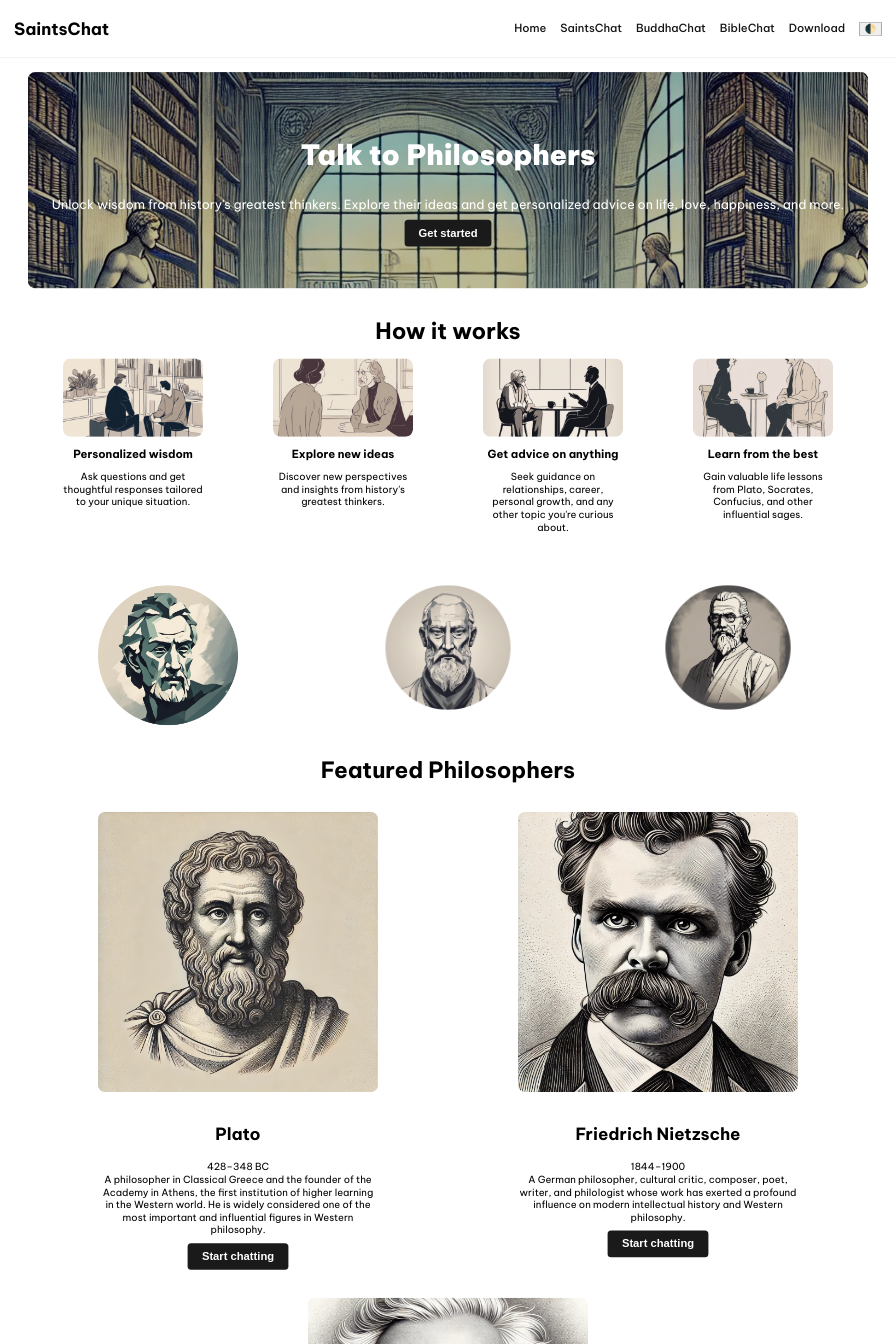
Repository: HSfac/EthosMindWeb
Page: /saintschat
These files come from the project's save history. The page is drawn as it stood at one moment and after the next save; the edit follows.
The browser window is 1280 px wide. The pictures show the part of the page from y = 0 to 1920 px (the page is 2570 px tall), at 70% of full size.
The project was rebuilt for these pictures with package versions that can differ from the ones it lists, and the page was loaded fresh each time. Also part of the build but not shown: src/pages/Home.jsx.

Above is the page before, as saved 2024-07-18 16:57:18.

### src/index.css
@import url('https://fonts.googleapis.com/css2?display=swap&family=Be+Vietnam+Pro:wght@400;500;700;900&family=Noto+Sans:wght@400;500;700;900');

body {
  font-family: "Be Vietnam Pro", "Noto Sans", sans-serif;
  margin: 0;
  padding: 0;
  box-sizing: border-box;
}

### src/App.jsx
import React from 'react';
import { BrowserRouter as Router, Route, Routes } from 'react-router-dom';
import Home from './pages/Home.jsx';
import SaintsChat from './pages/SaintsChat.jsx';
import Header from './components/Header.jsx';

function App() {
  return (
    <Router>
      <Header />
      <Routes>
        <Route path="/" element={<Home />} />
        <Route path="/saintschat" element={<SaintsChat />} />
      </Routes>
    </Router>
  );
}

export default App;

### src/pages/SaintsChat.jsx
import React from 'react';
import './SaintsChat.css';
import heroImage from '../assets/images/hero-image.png';
import philosopher1 from '../assets/images/philosopher1.png';
import philosopher2 from '../assets/images/philosopher2.png';
import philosopher3 from '../assets/images/philosopher3.png';
import philosopher4 from '../assets/images/philosopher4.png';
import philosopher5 from '../assets/images/philosopher5.png';
import philosopher6 from '../assets/images/philosopher6.png';
import philosopher7 from '../assets/images/philosopher7.png';
import plato from '../assets/images/plato.png';
import nietzsche from '../assets/images/nietzsche.png';
import schopenhauer from '../assets/images/schopenhauer.png';

function SaintsChat() {
  return (
    <main className="main">
      <section className="hero" style={{ backgroundImage: `url(${heroImage})` }}>
        <div className="hero-content">
          <h1 className="hero-title">Talk to Philosophers</h1>
          <p className="hero-subtitle">Unlock wisdom from history's greatest thinkers. Explore their ideas and get personalized advice on life, love, happiness, and more.</p>
          <button className="hero-button">Get started</button>
        </div>
      </section>
      <section className="how-it-works">
        <h2 className="section-title">How it works</h2>
        <div className="work-steps">
          <div className="work-step">
            <img src={philosopher1} alt="Personalized wisdom" className="work-step-image" />
            <p className="work-step-title">Personalized wisdom</p>
            <p className="work-step-description">Ask questions and get thoughtful responses tailored to your unique situation.</p>
          </div>
          <div className="work-step">
            <img src={philosopher2} alt="Explore new ideas" className="work-step-image" />
            <p className="work-step-title">Explore new ideas</p>
            <p className="work-step-description">Discover new perspectives and insights from history's greatest thinkers.</p>
          </div>
          <div className="work-step">
            <img src={philosopher3} alt="Get advice on anything" className="work-step-image" />
            <p className="work-step-title">Get advice on anything</p>
            <p className="work-step-description">Seek guidance on relationships, career, personal growth, and any other topic you're curious about.</p>
          </div>
          <div className="work-step">
            <img src={philosopher4} alt="Learn from the best" className="work-step-image" />
            <p className="work-step-title">Learn from the best</p>
            <p className="work-step-description">Gain valuable life lessons from Plato, Socrates, Confucius, and other influential sages.</p>
          </div>
        </div>
      </section>
      <section className="additional-philosophers">
        <div className="additional-philosopher-card">
          <img src={philosopher5} alt="Philosopher 5" className="additional-philosopher-image"/>
        </div>
        <div className="additional-philosopher-card">
          <img src={philosopher6} alt="Philosopher 6" className="additional-philosopher-image"/>
        </div>
        <div className="additional-philosopher-card">
          <img src={philosopher7} alt="Philosopher 7" className="additional-philosopher-image"/>
        </div>
      </section>
      <section className="featured-philosophers">
        <h2 className="section-title">Featured Philosophers</h2>
        <div className="featured-philosopher-list">
          <div className="featured-philosopher-card">
            <img src={plato} alt="Plato" className="featured-philosopher-image" />
            <div className="featured-philosopher-info">
              <h3 className="philosopher-name">Plato</h3>
              <p className="philosopher-description">428–348 BC<br />A philosopher in Classical Greece and the founder of the Academy in Athens, the first institution of higher learning in the Western world. He is widely considered one of the most important and influential figures in Western philosophy.</p>
              <button className="start-chatting-button">Start chatting</button>
            </div>
          </div>
          <div className="featured-philosopher-card">
            <img src={nietzsche} alt="Nietzsche" className="featured-philosopher-image" />
            <div className="featured-philosopher-info">
              <h3 className="philosopher-name">Friedrich Nietzsche</h3>
              <p className="philosopher-description">1844–1900<br />A German philosopher, cultural critic, composer, poet, writer, and philologist whose work has exerted a profound influence on modern intellectual history and Western philosophy.</p>
              <button className="start-chatting-button">Start chatting</button>
            </div>
          </div>
          <div className="featured-philosopher-card">
            <img src={schopenhauer} alt="Schopenhauer" className="featured-philosopher-image" />
            <div className="featured-philosopher-info">
              <h3 className="philosopher-name">Arthur Schopenhauer</h3>
              <p className="philosopher-description">1788–1860<br />A German philosopher best known for his work 'The World as Will and Representation,' in which he characterizes the phenomenal world as the product of a blind and insatiable metaphysical will.</p>
              <button className="start-chatting-button">Start chatting</button>
            </div>
          </div>
        </div>
      </section>
    </main>
  );
}

export default SaintsChat;

### src/components/Header.jsx
import React from 'react';
import { Link } from 'react-router-dom';
import './Header.css';

function Header() {
  return (
    <header className="header">
      <h1 className="header-title">SaintsChat</h1>
      <nav className="nav">
        <ul className="nav-list">
          <li className="nav-item"><Link to="/">Home</Link></li>
          <li className="nav-item"><Link to="/saintschat">SaintsChat</Link></li>
          <li className="nav-item"><Link to="/buddhachats">BuddhaChat</Link></li>
          <li className="nav-item"><Link to="/biblechats">BibleChat</Link></li>
          <li className="nav-item download-button"><Link to="/download">Download</Link></li>
          <li className="nav-item"><button className="toggle-button" onClick={() => document.body.classList.toggle('dark-mode')}>🌓</button></li>
        </ul>
      </nav>
    </header>
  );
}

export default Header;

### src/pages/Home.css
.main {
  padding: 20px 40px;
}

.hero {
  background: linear-gradient(rgba(0, 0, 0, 0.1) 0%, rgba(0, 0, 0, 0.4) 100%);
  color: white;
  text-align: center;
  padding: 60px 20px;
  border-radius: 10px;
  background-size: cover;
  background-repeat: no-repeat;
}

.hero-title {
  font-size: 40px;
  font-weight: 900;
}

.hero-subtitle {
  font-size: 18px;
  margin: 10px 0;
}

.hero-button {
  background-color: #1a1a1a;
  color: white;
  padding: 10px 20px;
  border: none;
  border-radius: 5px;
  cursor: pointer;
  font-size: 16px;
  font-weight: bold;
}

.dialogue-apps {
  margin: 40px 0;
}

.section-title {
  font-size: 32px;
  font-weight: bold;
}

.section-description {
  max-width: 720px;
  margin: 10px 0;
}

.app-grid {
  display: flex;
  gap: 20px;
}

.app-card {
  flex: 1;
  text-align: center;
}

.app-image {
  width: 100%;
  border-radius: 10px;
}

.app-name {
  margin-top: 10px;
  font-size: 16px;
  font-weight: 500;
}

.additional-images {
  display: flex;
  gap: 20px;
  margin: 40px 0;
}

.additional-image-card {
  flex: 1;
  text-align: center;
}

.additional-app-image {
  width: 100%;
  border-radius: 10px;
}

.cta-section {
  text-align: center;
  margin: 40px 0;
}

.cta-title {
  font-size: 32px;
  font-weight: bold;
}

.cta-description {
  margin: 10px 0;
}

.cta-button {
  background-color: #1a1a1a;
  color: white;
  padding: 10px 20px;
  border: none;
  border-radius: 5px;
  cursor: pointer;
  font-size: 16px;
  font-weight: bold;
}

### src/pages/SaintsChat.css
.main {
  padding: 20px 40px;
}

.hero {
  background: linear-gradient(rgba(0, 0, 0, 0.1) 0%, rgba(0, 0, 0, 0.4) 100%), center/cover no-repeat;
  color: white;
  text-align: center;
  padding: 60px 20px;
  border-radius: 10px;
}

.hero-title {
  font-size: 40px;
  font-weight: 900;
}

.hero-subtitle {
  font-size: 18px;
  margin: 10px 0;
}

.hero-button {
  background-color: #1a1a1a;
  color: white;
  padding: 10px 20px;
  border: none;
  border-radius: 5px;
  cursor: pointer;
  font-size: 16px;
  font-weight: bold;
}

.how-it-works {
  margin: 40px 0;
}

.section-title {
  font-size: 32px;
  font-weight: bold;
  text-align: center;
  margin-bottom: 20px;
}

.work-steps {
  display: flex;
  justify-content: space-around;
  flex-wrap: wrap;
}

.work-step {
  text-align: center;
  max-width: 200px;
  margin-bottom: 20px;
}

.work-step-image {
  width: 100%;
  border-radius: 10px;
}

.work-step-title {
  font-size: 16px;
  font-weight: bold;
  margin: 10px 0;
}

.work-step-description {
  font-size: 14px;
}

.additional-philosophers {
  display: flex;
  justify-content: space-around;
  margin: 40px 0;
}

.additional-philosopher-card {
  flex: 1;
  text-align: center;
  max-width: 200px;
}

.additional-philosopher-image {
  width: 100%;
  border-radius: 10px;
}

.featured-philosophers {
  margin: 40px 0;
  text-align: center;
}

.featured-philosopher-list {
  display: flex;
  justify-content: space-around;
  flex-wrap: wrap;
}

.featured-philosopher-card {
  display: flex;
  flex-direction: column;
  align-items: center;
  text-align: center;
  max-width: 400px;
  margin: 20px;
}

.featured-philosopher-image {
  width: 100%;
  border-radius: 10px;
  margin-bottom: 20px;
}

.featured-philosopher-info {
  max-width: 400px;
}

.philosopher-name {
  font-size: 24px;
  font-weight: bold;
}

.philosopher-description {
  font-size: 14px;
  margin: 10px 0;
}

.start-chatting-button {
  background-color: #1a1a1a;
  color: white;
  padding: 10px 20px;
  border: none;
  border-radius: 5px;
  cursor: pointer;
  font-size: 16px;
  font-weight: bold;
}

### src/components/Header.css
.header {
  display: flex;
  justify-content: space-between;
  align-items: center;
  padding: 10px 20px;
  border-bottom: 1px solid #ededed;
}

.header-title {
  font-size: 24px;
  font-weight: bold;
}

.nav {
  display: flex;
}

.nav-list {
  display: flex;
  list-style: none;
  margin: 0;
  padding: 0;
}

.nav-item {
  margin-left: 20px;
}

.nav-item a {
  text-decoration: none;
  color: #141414;
  font-weight: 500;
}

Loaded but not shown: public/index.html (common file); src/index.js (common file)

After the next save:
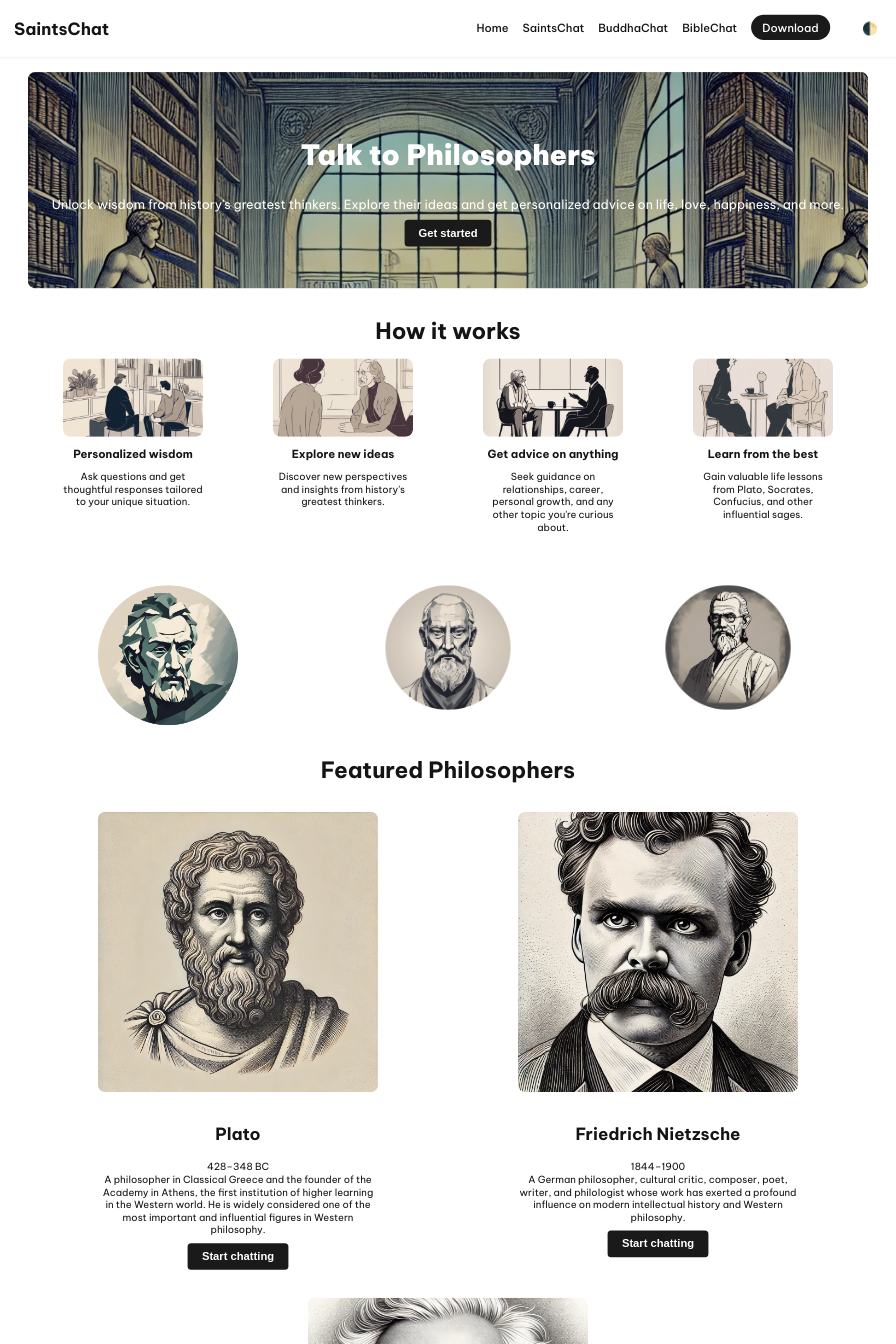
Saved 7 s later.
--- a/src/components/Header.css
+++ b/src/components/Header.css
@@ -28,6 +28,37 @@
 
 .nav-item a {
   text-decoration: none;
-  color: #141414;
+  color: var(--text-color);
   font-weight: 500;
 }
+
+.download-button a {
+  padding: 8px 16px;
+  border-radius: 20px;
+  background-color: #1a1a1a;
+  color: white;
+}
+
+.toggle-button {
+  background: none;
+  border: none;
+  font-size: 18px;
+  cursor: pointer;
+  margin-left: 20px;
+}
+
+:root {
+  --bg-color: white;
+  --text-color: #141414;
+}
+
+.dark-mode {
+  --bg-color: #141414;
+  --text-color: white;
+}
+
+body {
+  background-color: var(--bg-color);
+  color: var(--text-color);
+  transition: background-color 0.3s, color 0.3s;
+}
